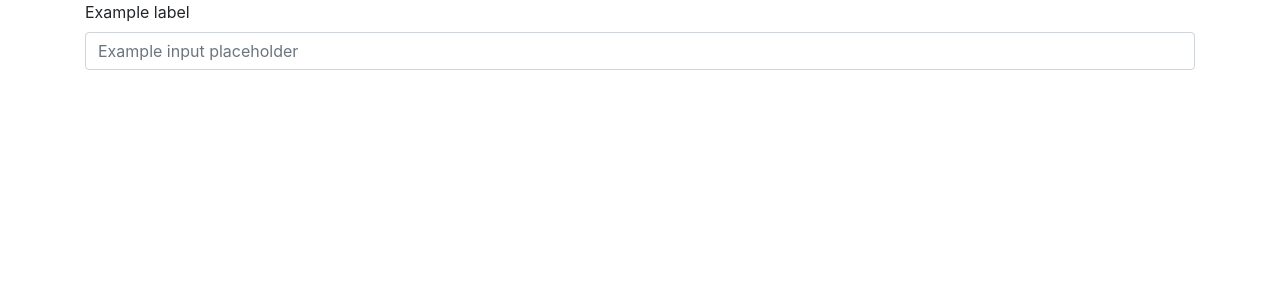
Repository: baobaodeveloper/bootcamp21__array__HuynhAnhBao
Page: index.html
An editor plug-in stored every save of this project. The page is shown before and after the next save, followed by the edit.
The browser window is 1280 px wide. The pictures show the whole page.

Above is the page before, as saved 2022-03-20 16:23:19.

### index.html
<!DOCTYPE html>
<html lang="en">
  <head>
    <title>JavaScript Array</title>
    <!-- Required meta tags -->
    <meta charset="utf-8" />
    <meta
      name="viewport"
      content="width=device-width, initial-scale=1, shrink-to-fit=no"
    />

    <!-- Bootstrap CSS -->
    <link
      rel="stylesheet"
      href="https://stackpath.bootstrapcdn.com/bootstrap/4.3.1/css/bootstrap.min.css"
      integrity="sha384-ggOyR0iXCbMQv3Xipma34MD+dH/1fQ784/j6cY/iJTQUOhcWr7x9JvoRxT2MZw1T"
      crossorigin="anonymous"
    />
  </head>
  <body>
    <div class="container">
      <label for="formGroupExampleInput" class="form-label"
        >Example label</label
      >
      <input
        type="text"
        class="form-control"
        id="formGroupExampleInput"
        placeholder="Example input placeholder"
      />
    </div>
    <!-- Optional JavaScript -->
    <!-- jQuery first, then Popper.js, then Bootstrap JS -->
    <script
      src="https://code.jquery.com/jquery-3.3.1.slim.min.js"
      integrity="sha384-q8i/X+965DzO0rT7abK41JStQIAqVgRVzpbzo5smXKp4YfRvH+8abtTE1Pi6jizo"
      crossorigin="anonymous"
    ></script>
    <script
      src="https://cdnjs.cloudflare.com/ajax/libs/popper.js/1.14.7/umd/popper.min.js"
      integrity="sha384-UO2eT0CpHqdSJQ6hJty5KVphtPhzWj9WO1clHTMGa3JDZwrnQq4sF86dIHNDz0W1"
      crossorigin="anonymous"
    ></script>
    <script
      src="https://stackpath.bootstrapcdn.com/bootstrap/4.3.1/js/bootstrap.min.js"
      integrity="sha384-JjSmVgyd0p3pXB1rRibZUAYoIIy6OrQ6VrjIEaFf/nJGzIxFDsf4x0xIM+B07jRM"
      crossorigin="anonymous"
    ></script>
    <script src="app.js"></script>
  </body>
</html>

Loaded but not shown: app.js (no copy from this time; the picture is the same without it)

After the next save:
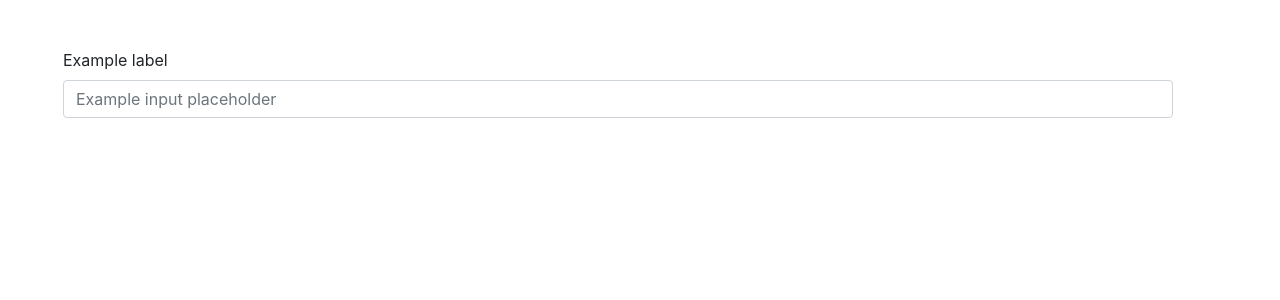
Saved 10 s later.
--- a/index.html
+++ b/index.html
@@ -18,7 +18,7 @@
     />
   </head>
   <body>
-    <div class="container">
+    <div class="container m-5">
       <label for="formGroupExampleInput" class="form-label"
         >Example label</label
       >
